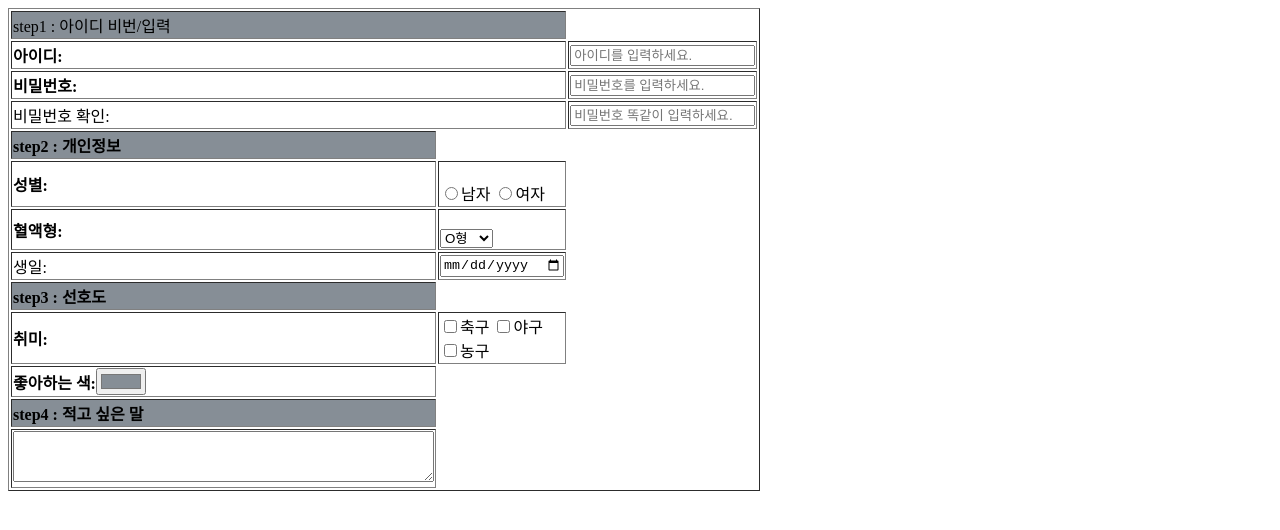
Repository: pillz9408/Jsp-Servlet
Page: jspstudy/day02/src/main/webapp/Lab2Join.html
These files come from the project's save history. The page is drawn as it stood at one moment and after the next save; the edit follows.
The browser window is 1280 px wide. The pictures show the whole page.

Above is the page before, as saved 2022-10-05 06:06:01.

After the next save:
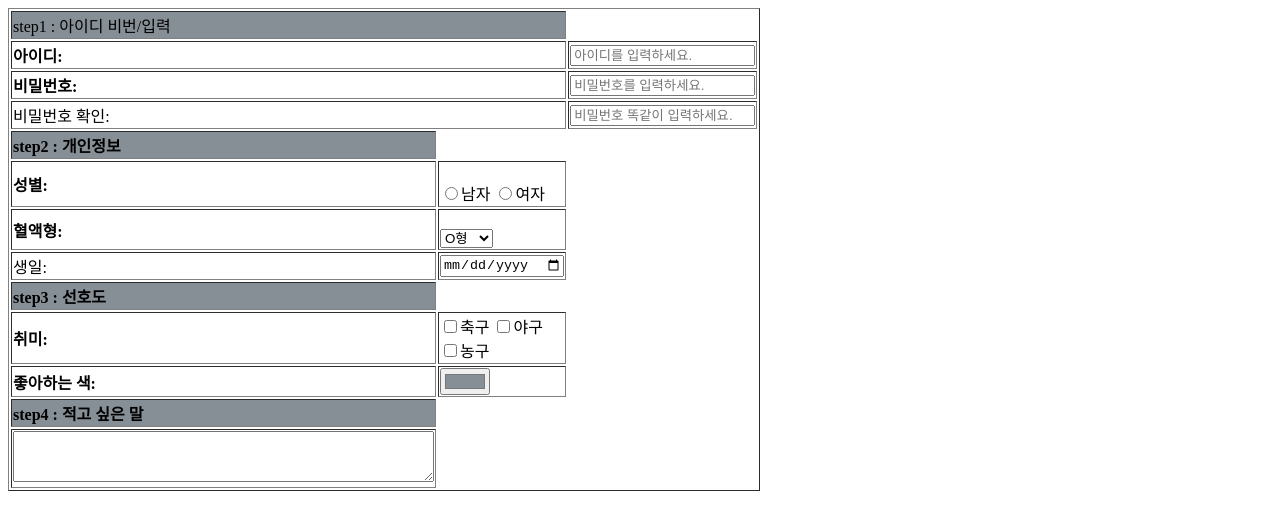
Saved 6 s later.
--- a/jspstudy/day02/src/main/webapp/Lab2Join.html
+++ b/jspstudy/day02/src/main/webapp/Lab2Join.html
@@ -48,7 +48,7 @@
 	</td>
 	</tr>
 	<tr>
-	<td><b>좋아하는 색:</b><input type="color" name="color" value="#868e96"></td>
+	<td><b>좋아하는 색:</b></td><td><input type="color" name="color" value="#868e96"></td>
 	</tr>
 	<tr>
 	<td bgcolor="#868e96"><b>step4 : 적고 싶은 말</b></td>
